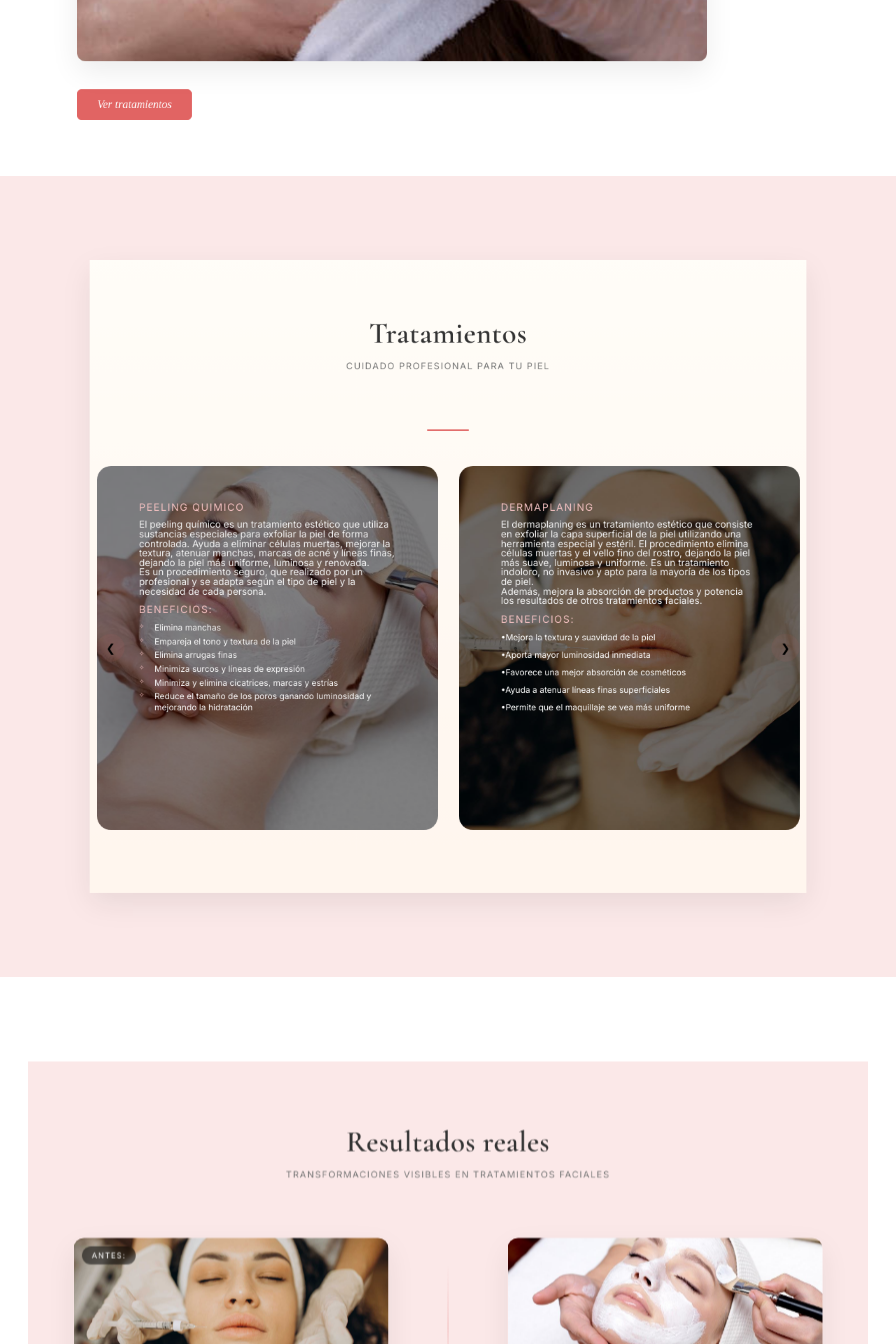
Repository: thiagobal1891-sudo/paginaweb
Page: index.html
These files come from the project's save history. The page is drawn as it stood at one moment and after the next save; the edit follows.
The browser window is 1280 px wide. The pictures show the part of the page from y = 2149 to 4069 px (the page is 5796 px tall), at 70% of full size.
Some web fonts or font styles are not loaded; a fallback is used.

Above is the page before, as saved 2026-03-16 16:48:34.
Console error: ReferenceError: emailjs is not defined

### index.html
<!DOCTYPE html>
<html lang="es">
<head>
  <meta charset="UTF-8">
  <meta name="viewport" content="width=device-width, initial-scale=1.0">
  <title>Fabiana Cosmetóloga</title>
  <link rel="stylesheet" href="css/style.css">
  <link rel="preconnect" href="https://fonts.googleapis.com">
  <link rel="preconnect" href="https://fonts.gstatic.com" crossorigin>
  <link
    href="https://fonts.googleapis.com/css2?family=Melodrama:wght@400;500;600;700&family=Inter:wght@100..900&family=Poppins:wght@100..900&family=Cormorant+Garamond:wght@300..700&display=swap"
    rel="stylesheet">
  <link rel="stylesheet" href="https://cdnjs.cloudflare.com/ajax/libs/font-awesome/6.5.0/css/all.min.css"
    crossorigin="anonymous" referrerpolicy="no-referrer" />
</head>
<body>
  <header>
    <div class="container">
      <a href="/" class="logo">
        <img src="media/logo.png" alt="Logo de la marca">
      </a>
      <nav>
        <a href="pages/servicios.html">SERVICIOS</a>
        <a href="pages/agenda.html">AGENDA</a>
        <a href="pages/info.html">INFO</a>
        <a href="pages/contacto.html">CONTACTO</a>
      </nav>
    </div>
  </header>
<section id="hero" class="appear">
<span class="hero-tag">Cuidado avanzado de tu piel</span>
<h1>
Cuidá tu piel con<br>
tratamientos faciales especializados
</h1>
<a href="#agenda-ya" class="btn-hero">
Agendar turno
</a>
</section>

<section id="sobre" class="appear">

<div class="container">

<div class="section-title">
<h2>Sobre mí</h2>
<p>Cosmetología profesional y atención personalizada</p>
</div>


<div class="sobre-container">

<div class="sobre-texto">

<p>
En mi consultorio brindo una atención personalizada y dedicada,
donde cada detalle es cuidadosamente considerado.
Me tomo el tiempo de comprender las necesidades de cada paciente
para seleccionar el tratamiento más adecuado,
buscando siempre resultados naturales y armónicos.
</p>

<span class="link-servicios">
Mirá todos los servicios disponibles
</span>

<a class="btn-vermas" href="servicios.html#Tratamientos">
Ver servicios
</a>

</div>

<div class="sobre-img">
<img src="media/Tratamientos-1.jpg" alt="Consultorio">
</div>

</div>


<div class="sobre-container reverse">
<div class="sobre-texto">
<h3>Tecnología de última generación</h3>
<p>
Trabajo con aparatología profesional que potencia cada tratamiento
y permite cuidar tu piel con seguridad, eficacia y resultados visibles.
</p>
<div class="sobre-img2">
<img src="media/Tratamientos-1.jpg" alt="Aparatología estética">
</div>
<a class="btn-vermas" href="servicios.html#Tratamientos">
Ver tratamientos
</a>

</div>

</div>

</div>

</section>

  <section id="Tratamientos" class="appear">
  <div class="container">
<div class="section-title">
  <h2>Tratamientos</h2>
  <p>Cuidado profesional para tu piel</p>
</div>
    <div class="carousel-wrapper">

      <div class="arrow left">&#10094;</div>
      <div class="carta-tratamientos">

        <div class="carta">
          <h3>PEELING QUIMICO</h3>
          <p class="info_carta">El peeling químico es un tratamiento estético que utiliza sustancias especiales para exfoliar la piel de forma controlada.
          Ayuda a eliminar células muertas, mejorar la textura, atenuar manchas, marcas de acné y líneas finas, dejando la piel más uniforme, luminosa y renovada.
          <br>Es un procedimiento seguro, que realizado por un profesional y se adapta según el tipo de piel y la necesidad de cada persona.</p>
          <h3>Beneficios:</h3>
          <ul>
            <li>Elimina manchas</li>
          <li>Empareja el tono y textura de la piel</li>
          <li>Elimina arrugas finas</li>
          <li>Minimiza surcos y líneas de expresión</li>
          <li>Minimiza y elimina cicatrices, marcas y estrías</li>
          <li>Reduce el tamaño de los poros ganando luminosidad y mejorando la hidratación </li>
        </ul>
        </div>

        <div class="carta">
          <h3>DERMAPLANING</h3>
          <p class="info_carta">El dermaplaning es un tratamiento estético que consiste en exfoliar la capa superficial de la piel utilizando una herramienta especial y estéril. El procedimiento elimina células muertas y el vello fino del rostro, dejando la piel más suave, luminosa y uniforme.
          Es un tratamiento indoloro, no invasivo y apto para la mayoría de los tipos de piel. <br> Además, mejora la absorción de productos y potencia los resultados de otros tratamientos faciales.</p>
                  <h3>Beneficios:</h3>
                  <ul>•Mejora la textura y suavidad de la piel</ul>
                  <ul>•Aporta mayor luminosidad inmediata</ul>
                  <ul>•Favorece una mejor absorción de cosméticos</ul>
                  <ul>•Ayuda a atenuar líneas finas superficiales</ul>
                  <ul>•Permite que el maquillaje se vea más uniforme</ul>
        </div>

        <div class="carta">
          <h3>RADIOFRECUENCIA</h3>
                  <p class="info_carta">La radiofrecuencia facial es un tratamiento estético no invasivo que utiliza ondas electromagnéticas para generar calor en las capas profundas de la piel. Este calor estimula la producción natural de colágeno y elastina, ayudando a mejorar la firmeza y elasticidad del rostro.
                  <br>Es un procedimiento seguro y confortable, ideal para combatir la flacidez y los signos del envejecimiento sin necesidad de cirugía ni tiempo de recuperación.</p>
                  <h3>Beneficios:</h3>
                  <ul>•Mejora la firmeza y tonicidad de la piel</ul>
                  <ul>•Estimula la producción de colágeno</ul>
                  <ul>•Reduce la apariencia de arrugas y líneas de expresión</ul>
                  <ul>•Mejora el contorno facial</ul>
                  <ul>•Aporta un efecto tensor progresivo y natural</ul>
        </div>

        <div class="carta">
          <h3>ALTA FRECUENCIA</h3>
                  <p class="info_carta">La alta frecuencia es un tratamiento estético que utiliza corrientes eléctricas suaves para oxigenar la piel, estimular la circulación y mejorar su aspecto general. Se aplica mediante un electrodo de vidrio que produce una leve chispa controlada, generando un efecto bactericida y descongestivo.
                  <br>Es especialmente recomendado para pieles con acné, exceso de grasa o poros dilatados, ya que ayuda a purificar y equilibrar la piel sin causar molestias.</p>
                  <h3>Beneficios:</h3>
                  <ul>•Tiene efecto bactericida, ideal para pieles acneicas</ul>
                  <ul>•Reduce la inflamación y enrojecimiento</ul>
                  <ul>•Mejora la circulación y oxigenación de la piel</ul>
                  <ul>•Ayuda a cicatrizar pequeñas lesiones</ul>
                  <ul>•Regula el exceso de grasa y cierra los poros</ul>
        </div>

        <div class="carta">
          <h3>MICRODERMOABRASIÓN</h3>
                  <p class="info_carta">La microdermoabrasión es un tratamiento estético que exfolia la piel de manera mecánica y controlada, eliminando células muertas de la capa superficial. Se realiza con un equipo especializado que ayuda a renovar la piel y estimular la regeneración celular.
                  <br>Es un procedimiento no invasivo, seguro y apto para distintos tipos de piel, ideal para mejorar la textura, luminosidad y apariencia general del rostro.</p>
                  <h3>Beneficios:</h3>
                  <ul>•Elimina células muertas y renueva la piel</ul>
                  <ul>•Mejora la textura y suavidad del rostro</ul>
                  <ul>•Atenúa manchas superficiales y marcas leves de acné</ul>
                  <ul>•Reduce la apariencia de poros dilatados</ul>
                  <ul>•Estimula la regeneración celular y aporta luminosidad</ul>
        </div>

        <div class="carta">
          <h3>DERMAPEN</h3>
                  <p class="info_carta">El Dermapen es un tratamiento estético que utiliza un dispositivo con microagujas para realizar pequeñas punciones controladas en la piel. Estas microperforaciones estimulan la producción natural de colágeno y elastina, favoreciendo la regeneración y mejorando la calidad de la piel.
                  <br>Es un procedimiento mínimamente invasivo que <br> se adapta según la necesidad de cada persona, y puede aplicarse en rostro y otras zonas para tratar diferentes imperfecciones.</p>
                  <h3>Beneficios:</h3>
                  <ul>•Estimula la producción de colágeno y elastina</ul>
                  <ul>•Mejora la textura y firmeza de la piel</ul>
                  <ul>•Atenúa cicatrices de acné y marcas</ul>
                  <ul>•Reduce líneas finas y arrugas</ul>
                  <ul>•Mejora la apariencia de manchas y poros dilatados</ul>
        </div>

                <div class="carta">
          <h3>ELECTROPORACIÓN</h3>
                  <p class="info_carta">La electroporación es un tratamiento estético no invasivo que utiliza impulsos eléctricos suaves para facilitar la penetración de principios activos en las capas más profundas de la piel, sin necesidad de agujas. Este proceso mejora la absorción de nutrientes, vitaminas y ácido hialurónico, potenciando los resultados del tratamiento.
                  <br>Es una técnica indolora y segura, ideal para revitalizar la piel y mejorar su aspecto de manera efectiva.</p>
                  <h3>Beneficios:</h3>
                  <ul>•Favorece la penetración profunda de activos</ul>
                  <ul>•Mejora la hidratación y nutrición de la piel</ul>
                  <ul>•Aporta mayor luminosidad y vitalidad</ul>
                  <ul>•Potencia los resultados de otros tratamientos</ul>
                  <ul>•Es un procedimiento no invasivo y sin tiempo de recuperación</ul>
        </div>
      </div>
      <div class="arrow right">&#10095;</div>
    </div>
  </div>
  </section>

  <section id="infocosmet" class="appear">
    <div class="carousel_infocosmet">
<div class="section-title no-line">
<h2>Resultados reales</h2>
  <p>Transformaciones visibles en tratamientos faciales</p>
</div>
<div class="carousel-track">
  <div class="slide">
    <div class="img-wrapper">
      <span class="badge top">ANTES:</span>
      <img src="media/Tratamientos-2.jpg" alt="">

    </div>
    <div class="img-wrapper">
      <span class="badge bottom">DESPUÉS:</span>
      <img src="media/Tratamientos-3.jpg" alt="">

    </div>
  </div>

  <div class="slide">
    <div class="img-wrapper">
      <span class="badge top">ANTES:</span>
      <img src="media/Tratamientos-2.jpg" alt="">

    </div>
    <div class="img-wrapper">
      <span class="badge bottom">DESPUÉS:</span>
      <img src="media/Tratamientos-3.jpg" alt="">

    </div>
  </div>

  <div class="slide">
    <div class="img-wrapper">
        <span class="badge top">ANTES:</span>
      <img src="media/Tratamientos-2.jpg" alt="">

    </div>
    <div class="img-wrapper">
      <span class="badge bottom">DESPUÉS:</span>
      <img src="media/Tratamientos-3.jpg" alt="">

    </div>
  </div>

    <div class="slide">
    <div class="img-wrapper">
          <span class="badge top">ANTES:</span>
      <img src="media/Tratamientos-2.jpg" alt="">

    </div>
    <div class="img-wrapper">
      <span class="badge bottom">DESPUÉS:</span>
      <img src="media/Tratamientos-3.jpg" alt="">

    </div>
  </div>

<div class="slide">
  <div class="img-wrapper">
    <span class="badge top">ANTES:</span>
    <img src="media/Tratamientos-2.jpg" alt="">
  </div>

  <div class="img-wrapper">
    <span class="badge bottom">DESPUÉS:</span>
    <img src="media/Tratamientos-3.jpg" alt="">
  </div>
</div>
  </div>

</div>
  </section>

<section id="agenda-ya" class="appear">

<div class="section-title">
  <h2>Agenda tu próxima cita</h2>
  <p>Elegí el horario disponible</p>
</div>

<div class="agenda-card">
  <iframe
  src="https://calendar.google.com/calendar/appointments/schedules/AcZssZ2eKdgVxdvbgrkUTVsqOwalHssheLS5kVcqAfOLuK-u68fTKpPQHXKQoJWOc8hcPsaKt-rAaWGU?gv=true"
  width="100%"
  height="600"
  style="border:0">
  </iframe>
</div>

</section>

<footer class="footer">
  <div class="footer-container">
    <div class="footer-brand">
      <h3>Fabiana Cosmetóloga</h3>
      <p>Cuidado profesional para tu piel</p>
    </div>
<div class="footer-links">
  <a href="index.html">Inicio</a>
  <a href="pages/servicios.html">Servicios</a>
  <a href="pages/agenda.html">Agenda</a>
  <a href="pages/info.html">Info</a>
  <a href="pages/contacto.html">Contacto</a>
</div>
    <div class="footer-social">
      <a href="https://wa.me/59894623252" target="_blank">
        <i class="fa-brands fa-whatsapp"></i>
      </a>
      <a href="https://www.instagram.com/prettyfacefd" target="_blank">
        <i class="fa-brands fa-instagram"></i>
      </a>
    </div>
  </div>
  <div class="footer-bottom">
    <p>© 2026 Fabiana Cosmetóloga · Todos los derechos reservados</p>
  </div>
</footer>
  <script src="https://cdn.jsdelivr.net/npm/emailjs-com@3/dist/email.min.js"></script>
  <script src="script.js" defer></script>
<a href="https://www.instagram.com/prettyfacefd" class="instagram-float" target="_blank">
  <i class="fa-brands fa-instagram"></i>
</a>
<a href="https://wa.me/59894623252" class="whatsapp-float" target="_blank">
<i class="fa-brands fa-whatsapp"></i>
</a>
</body>
</html>

Loaded but not shown: script.js (129 lines, source omitted); css/style.css (1096 lines, source omitted)

After the next save:
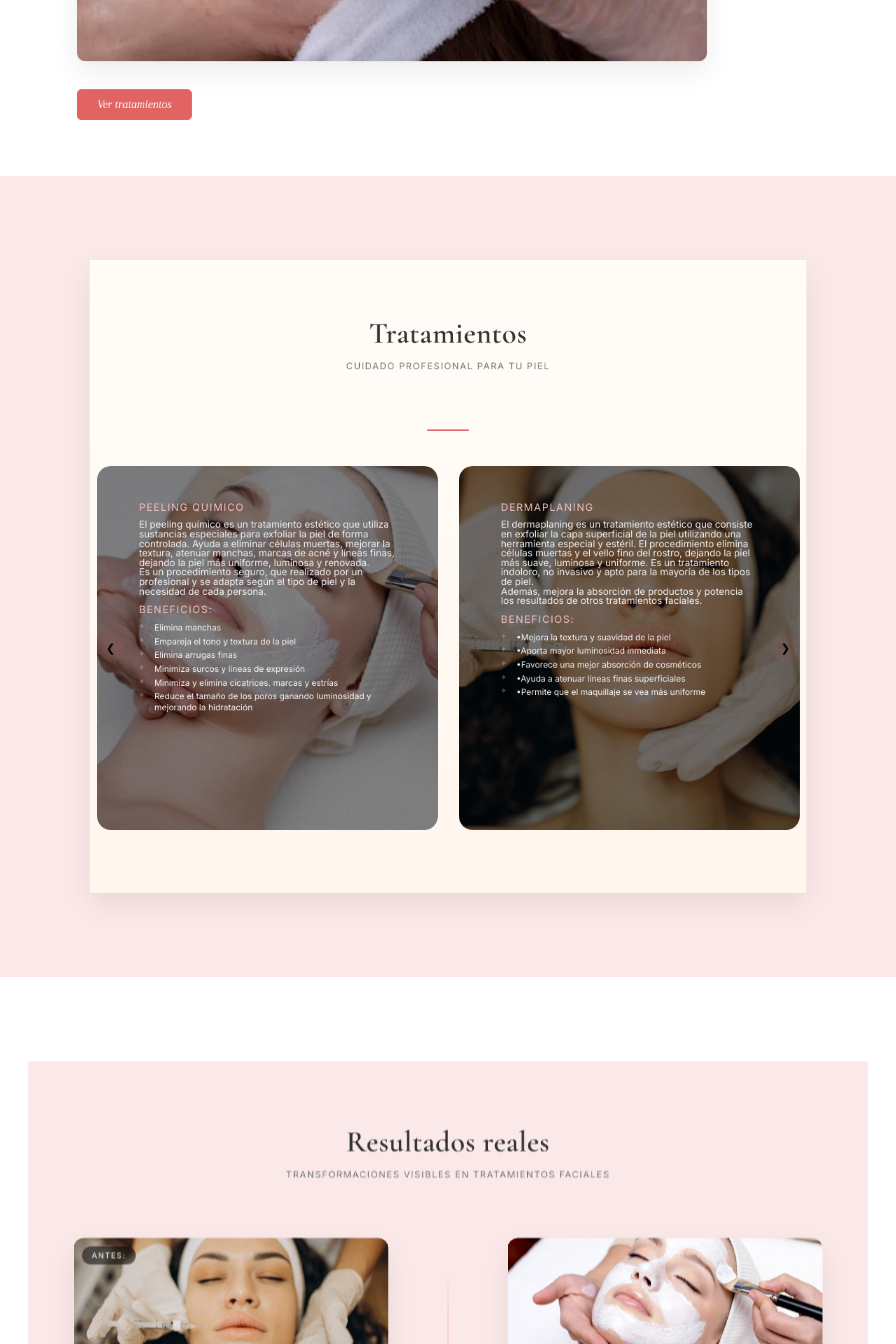
Saved 82 s later.
--- a/index.html
+++ b/index.html
@@ -131,11 +131,12 @@ Ver tratamientos
           <p class="info_carta">El dermaplaning es un tratamiento estético que consiste en exfoliar la capa superficial de la piel utilizando una herramienta especial y estéril. El procedimiento elimina células muertas y el vello fino del rostro, dejando la piel más suave, luminosa y uniforme.
           Es un tratamiento indoloro, no invasivo y apto para la mayoría de los tipos de piel. <br> Además, mejora la absorción de productos y potencia los resultados de otros tratamientos faciales.</p>
                   <h3>Beneficios:</h3>
-                  <ul>•Mejora la textura y suavidad de la piel</ul>
-                  <ul>•Aporta mayor luminosidad inmediata</ul>
-                  <ul>•Favorece una mejor absorción de cosméticos</ul>
-                  <ul>•Ayuda a atenuar líneas finas superficiales</ul>
-                  <ul>•Permite que el maquillaje se vea más uniforme</ul>
+                  <ul><li>•Mejora la textura y suavidad de la piel</li>
+                  <li>•Aporta mayor luminosidad inmediata</li>
+                  <li>•Favorece una mejor absorción de cosméticos</li>
+                  <li>•Ayuda a atenuar líneas finas superficiales</li>
+                  <li>•Permite que el maquillaje se vea más uniforme</li>
+                  </ul>
         </div>
 
         <div class="carta">
